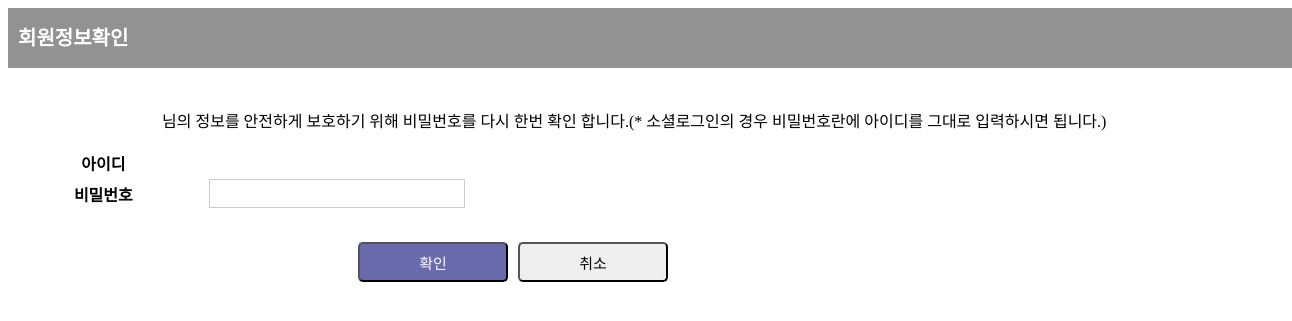
Repository: euzny/Spring-Website
Page: http://localhost/anafor/WEB-INF/views/my_info/checkpw.jsp
These files come from the project's save history. The page is drawn as it stood at one moment and after the next save; the edit follows.
The browser window is 1280 px wide. The page is 1292 px wide, so the pictures cover 1292 px, including what lies to the right of the window. The pictures show the whole page.
The page is served by Tomcat 9. Nobody is signed in. The template is opened directly, without the code that normally fills it, so the values that code supplies are empty.

Above is the page before, as saved 2022-06-21 10:35:29.

After the next save:
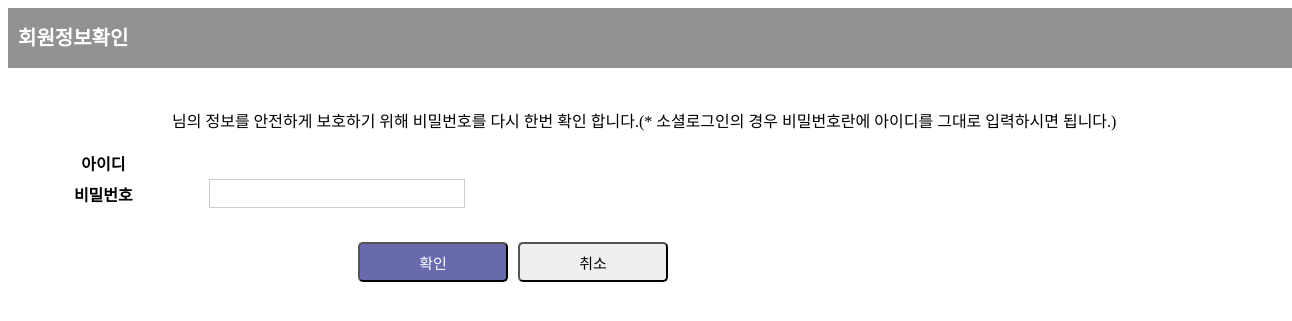
Saved 7 s later.
--- a/Workspace/anafor/src/main/webapp/WEB-INF/views/my_info/checkpw.jsp
+++ b/Workspace/anafor/src/main/webapp/WEB-INF/views/my_info/checkpw.jsp
@@ -8,7 +8,7 @@
 <style>
 	#titlename{ width:100%; background:#929292; height:60px; text-align:left; font-size:20px; font-weight:700; line-height:60px; padding: 0px 10px; color:#FFFFFF; }
 	#spanid,#id{ color:#696AAD; font-weight:800;}
-	#spanid { margin-left:50px; }
+	#spanid { margin-left:60px; }
 	#msg_user{width:80%; height:40px; margin-top:40px; text-align:left; margin-left:100px; }
 	table{
 		width:80%;
